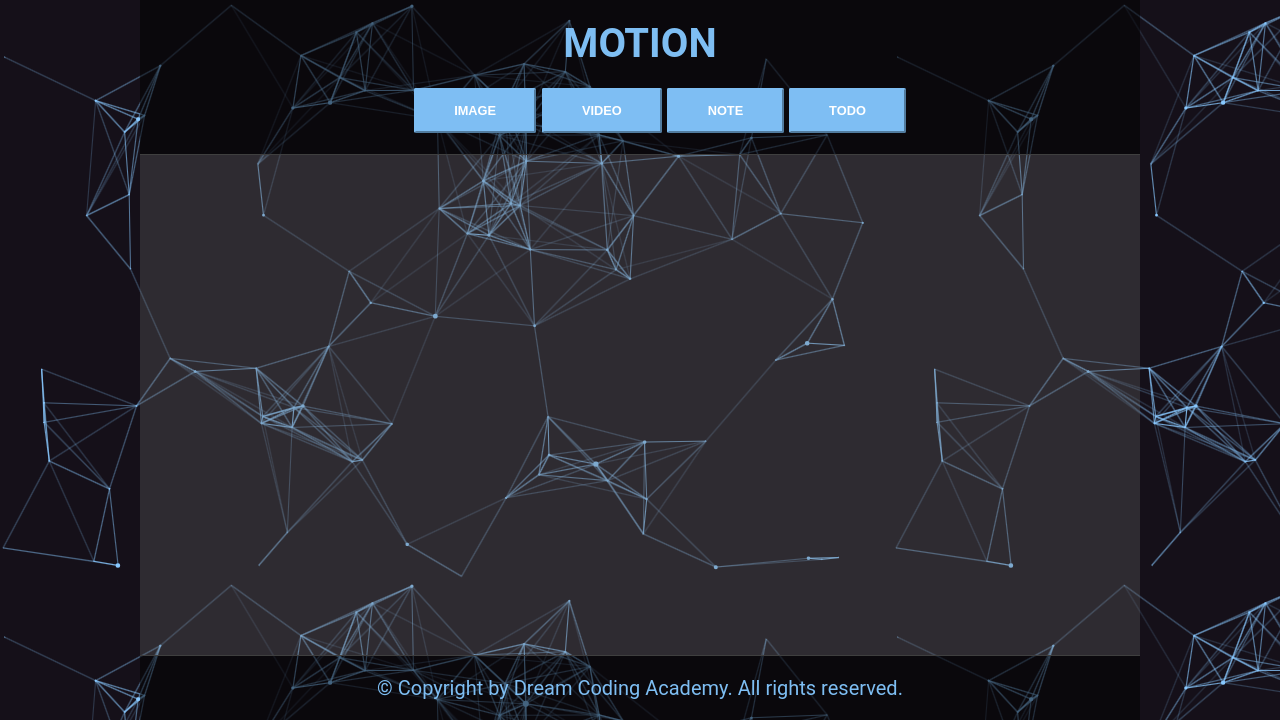
Repository: chefkuna/Motion
Page: index.html
The author's editor kept a copy of each file at every save. The page is drawn from the files as they stood at one save, then again after the next save.
The browser window is 1280 px wide. The pictures show the whole page.

Above is the page before, as saved 2022-08-21 14:53:35.

### index.html
<!DOCTYPE html>
<html lang="en">
<head>
  <meta charset="UTF-8">
  <meta http-equiv="X-UA-Compatible" content="IE=edge">
  <meta name="viewport" content="width=device-width, initial-scale=1.0">
  <title>Motion</title>
  <link rel="stylesheet" href="./style/style.css">
  <script src='./dist/app.js' defer></script>
</head>
<body>
  <div class="app">
    <header class='banner'>
      <h1 class="banner__title">MOTION</h1>
      <ul class="control-panel">
        <li><button id='new-image' class="create-button">Image</button></li>
        <li><button id='new-video' class="create-button">Video</button></li>
        <li><button id='new-note' class="create-button">Note</button></li>
        <li><button id='new-todo' class="create-button">Todo</button></li>
      </ul>
    </header>
    <main class='document'></main>
    <footer class="footer">
      <p>© Copyright by Dream Coding Academy. All rights reserved.</p>
    </footer>
  </div>

</body>
</html>

### style/style.css
:root {
  --bg-main-color: #00000080;
  --bg-accent-color: #89c9ff;
  --accent-color: #7ebef3;
  --text-edit-bg-color: #575757;
  --border-color: #3f3f3f;
  --shadow-color: #202020;
  --document-bg-color: #68686850;
  --component-bg-gradient: radial-gradient(circle, #646464e6 0%, #363636e6 100%);
  --smokywhite: #dddbd8;
  --black: #000000;
  --translucent-black: #00000099;
}

li {
  list-style: none;
  padding-left: 0;
}

p {
  color: var(--accent-color);
}

body {
  background: url('../assets/background.png');
  font-family: Roboto, Oxygen, sans-serif;
  display: flex;
  justify-content: center;
  height: 100vh;
  overflow: hidden;
  font-size: 1.25rem;
  margin: 0;
}

.app {
  width: 100%;
  max-width: 1000px;
  height: 100%;
  display: flex;
  flex-direction: column;
}

.banner {
  background-color: var(--bg-main-color);
  border-bottom: 1px solid var(--border-color);
  text-align: center;
}

.banner__title {
  color: var(--accent-color);
  margin: 20px;
  text-align: center;
}

.control-panel {
  display: flex;
  align-items: center;
  justify-content: center;
}

.create-button {
  margin: 0.1em 0.2em;
  text-align: center;
  user-select: none;
  padding: 1em 3em;
  text-transform: uppercase;
  font-weight: 600;
  font-size: 0.8rem;
  color: white;
  background-color: var(--accent-color);
  border-color: var(--accent-color);
  border-radius: 2px;
}

.document {
  height: 100%;
  overflow-y: auto;
  background-color: var(--document-bg-color);
}

.document::-webkit-scrollbar {
  background-color: var(--bg-accent-color);
  width: 6px;
}

.document::-webkit-scrollbar-thumb {
  background-color: var(--accent-color);
}

.footer {
  background: var(--bg-main-color);
  border-top: 1px solid var(--border-color);
  text-align: center;
}

Loaded but not shown: dist/app.js (no copy from this time; the picture is the same without it)

After the next save:
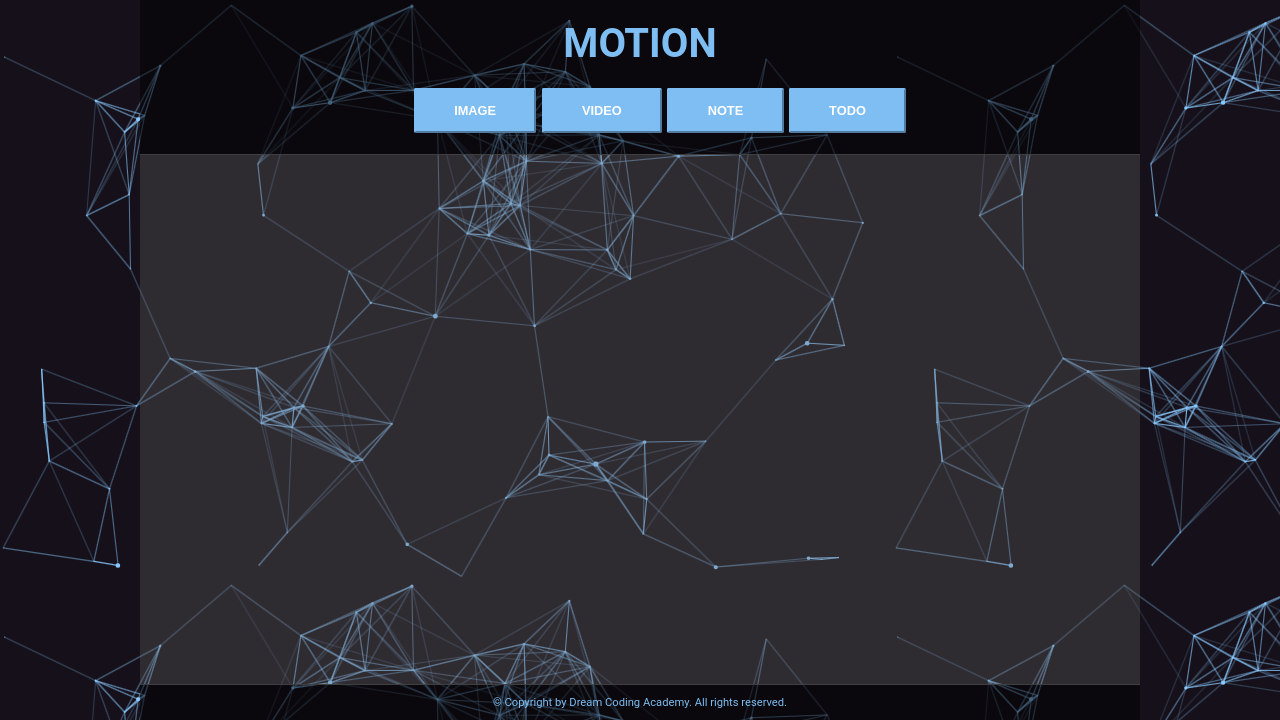
Saved 18 s later.
--- a/style/style.css
+++ b/style/style.css
@@ -91,4 +91,5 @@ body {
   background: var(--bg-main-color);
   border-top: 1px solid var(--border-color);
   text-align: center;
+  font-size: 0.7rem;
 }
